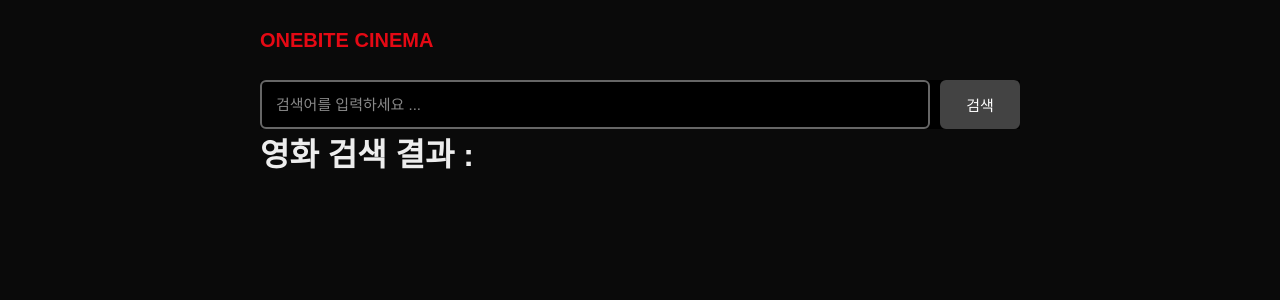
Repository: ParkSeokgyu/nextjs-study
Page: /search (app in onebite-next-page-router/section02/)
The author's editor kept a copy of each file at every save. The page is drawn from the files as they stood at one save, then again after the next save.
The browser window is 1280 px wide. The pictures show the whole page.
The project was rebuilt for these pictures with package versions that can differ from the ones it lists, and the page was loaded fresh each time. The framework's server and built-in components were replaced by stand-ins that run in the browser. Also part of the build but not shown: onebite-next-page-router/section02/next.config.mjs.

Above is the page before, as saved 2025-03-27 15:12:23.

### onebite-next-page-router/section02/src/pages/_app.tsx
import GlobalLayout from "@/components/global-layout";
import "@/styles/globals.css";
import { NextPage } from "next";
import type { AppProps } from "next/app";
import { ReactNode } from "react";

type NextPageWithLayout = NextPage & {
  getLayout?: (page: ReactNode) => ReactNode;
}

export default function App({
  Component,
  pageProps }
  : AppProps & {
    Component: NextPageWithLayout;
  }) {
  const getLayout =
  Component.getLayout ?? ((page: ReactNode) => page);

  return (
    <GlobalLayout>
      {getLayout(<Component {...pageProps} />)}
    </GlobalLayout>
  );
}

### onebite-next-page-router/section02/src/pages/search/index.tsx
import SearchableLayout from "@/components/searchable-layout";
import { useRouter } from "next/router";
import { ReactNode } from "react";

export default function Page() {
  const router = useRouter();

  const { q } = router.query;

  console.log(router);

  return <h1>영화 검색 결과 : {q}</h1>;
}


Page.getLayout = (page: ReactNode) => {
  return <SearchableLayout>{page}</SearchableLayout>
}

### onebite-next-page-router/section02/src/components/global-layout.tsx
import Link from "next/link";
import { ReactNode } from "react";
import style from "./global-layout.module.css";

export default function GlobalLayout({ children }: { children: ReactNode }) {
  return (
    <div className={style.container}>
      <header className={style.header}>
        <Link href={"/"}>ONEBITE CINEMA</Link>
      </header>
      <main>{children}</main>
      {/* <footer>푸터</footer> */}
    </div>
  );
}

### onebite-next-page-router/section02/src/styles/globals.css
:root {
  --background: #ffffff;
  --foreground: #171717;
}

@media (prefers-color-scheme: dark) {
  :root {
    --background: #0a0a0a;
    --foreground: #ededed;
  }
}

html,
body {
  max-width: 100vw;
  overflow-x: hidden;
}

body {
  color: var(--foreground);
  background: var(--background);
  font-family: Arial, Helvetica, sans-serif;
  -webkit-font-smoothing: antialiased;
  -moz-osx-font-smoothing: grayscale;
}

* {
  box-sizing: border-box;
  padding: 0;
  margin: 0;
}

a {
  color: inherit;
  text-decoration: none;
}

@media (prefers-color-scheme: dark) {
  html {
    color-scheme: dark;
  }
}


/* 기본 다크모드 */

:root {
  --background: #0a0a0a;
  --foreground: #ededed;

}

### onebite-next-page-router/section02/src/components/searchable-layout.tsx
import { useRouter } from "next/router";
import React, { ReactNode, useEffect, useState } from "react";
// CSS 모듈 스타일을 불러옴
import style from './searchable-layout.module.css'

/**
 * 검색 기능을 제공하는 레이아웃 컴포넌트
 * - 검색어 상태 관리
 * - 엔터키/버튼 클릭 시 페이지 이동
 * - 기존 검색어 유지
 */
export default function SearchableLayout({
  children,
}: {
  children: ReactNode;
}) {
  // Next.js의 라우터 훅
  // 페이지 이동이나 query 파라미터를 확인/변경할 때 사용
  const router = useRouter();

  // 검색어 상태
  const [search, setSearch] = useState("");

  // 라우터의 query 파라미터 중 "q"를 추출
  // (예: /search?q=hello → q = "hello")
  const q = router.query.q as string;

  // 컴포넌트가 마운트되거나 q 값이 바뀔 때,
  // search 상태를 q로 동기화
  useEffect(() => {
    setSearch(q || "");
  }, [q]);

  /**
   * 인풋이 변경될 때 실행
   * - e.target.value를 search 상태에 저장
   */
  const onChangeSearch = (e: React.ChangeEvent<HTMLInputElement>) => {
    setSearch(e.target.value);
  };

  /**
   * 검색어 제출 시 실행
   * - 현재 search 상태와 기존 q가 같으면 아무것도 하지 않음
   * - 다르면 /search?q={search}로 라우팅
   */
  const onSubmit = () => {
    if (!search || q === search) return;
    router.push(`/search?q=${search}`);
  };

  /**
   * 인풋에서 엔터키를 누를 때 실행
   * - key가 'Enter'이면 onSubmit() 호출
   */
  const onKeyDown = (e: React.KeyboardEvent<HTMLInputElement>) => {
    if (e.key === 'Enter') {
      onSubmit();
    }
  };

  return (
    <div>
      {/* 검색창 컨테이너 (CSS 모듈 스타일 사용) */}
      <div className={style.searchbar_container}>
        <input
          value={search}
          onKeyDown={onKeyDown}
          onChange={onChangeSearch}
          placeholder="검색어를 입력하세요 ..."
        />
        <button onClick={onSubmit}>
          검색
        </button>
      </div>

      {/* 자식 컴포넌트 렌더링 영역 */}
      {children}
    </div>
  );
}

### onebite-next-page-router/section02/src/components/global-layout.module.css
.container {
  max-width: 800px;
  min-height: 100vh;
  margin: 0 auto;
  padding: 0 20px;

}

.header {
  font-size: 20px;
  line-height: 40px;
  font-weight: 600;
  color: rgb(229, 9, 20);
  padding: 20px 0;
}

### onebite-next-page-router/section02/src/components/searchable-layout.module.css
.searchbar_container {
  display: flex;
  align-items: center;
  background-color: #000; /* 배경색 어둡게 */
  margin-bottom: ;
}

.searchbar_container > input {
  flex: 1;
  padding: 14px;
  border-radius: 6px;
  border: 2px solid #666; /* 흐린 회색 테두리 */
  background-color: #000; /* 배경색 어두움 */
  color: white;
  font-size: 15px;
  outline: none;
}

.searchbar_container > input::placeholder {
  color: #888;
}

.searchbar_container > button {
  margin-left: 10px;
  width: 80px;
  padding: 14px 0;
  border-radius: 6px;
  border: none;
  background-color: #434343;
  color: white;
  font-size: 15px;
  cursor: pointer;
  transition: background-color 0.2s ease;
}

.searchbar_container > button:hover {
  background-color: #444;
}

Loaded but not shown: onebite-next-page-router/section02/src/pages/_document.tsx (common file)

After the next save:
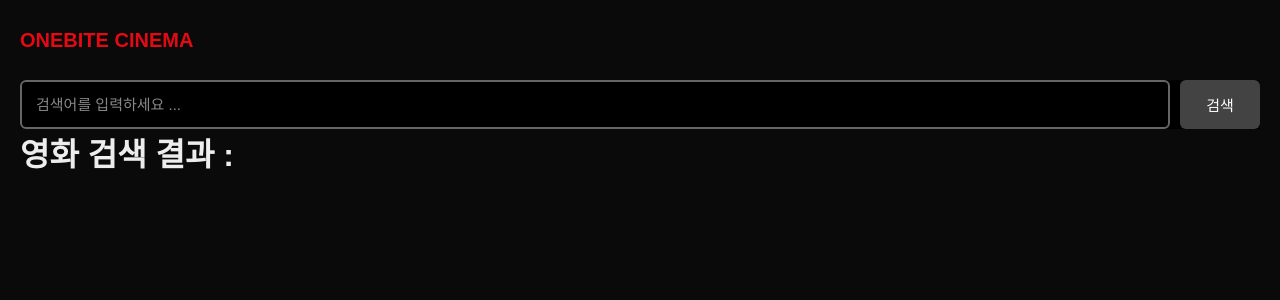
Saved 68 s later.
--- a/onebite-next-page-router/section02/src/components/global-layout.module.css
+++ b/onebite-next-page-router/section02/src/components/global-layout.module.css
@@ -1,9 +1,8 @@
 .container {
-  max-width: 800px;
+  /* max-width: 800px; */
   min-height: 100vh;
   margin: 0 auto;
   padding: 0 20px;
-
 }
 
 .header {

After the save that followed:
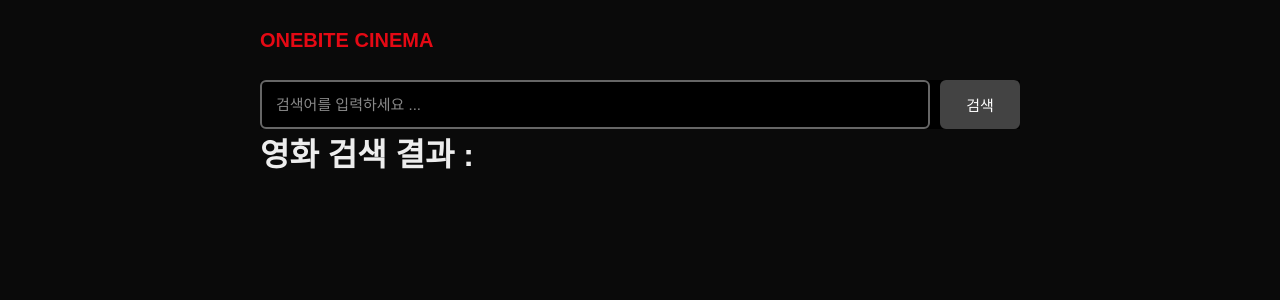
Saved 5 s later.
--- a/onebite-next-page-router/section02/src/components/global-layout.module.css
+++ b/onebite-next-page-router/section02/src/components/global-layout.module.css
@@ -1,5 +1,5 @@
 .container {
-  /* max-width: 800px; */
+  max-width: 800px;
   min-height: 100vh;
   margin: 0 auto;
   padding: 0 20px;
